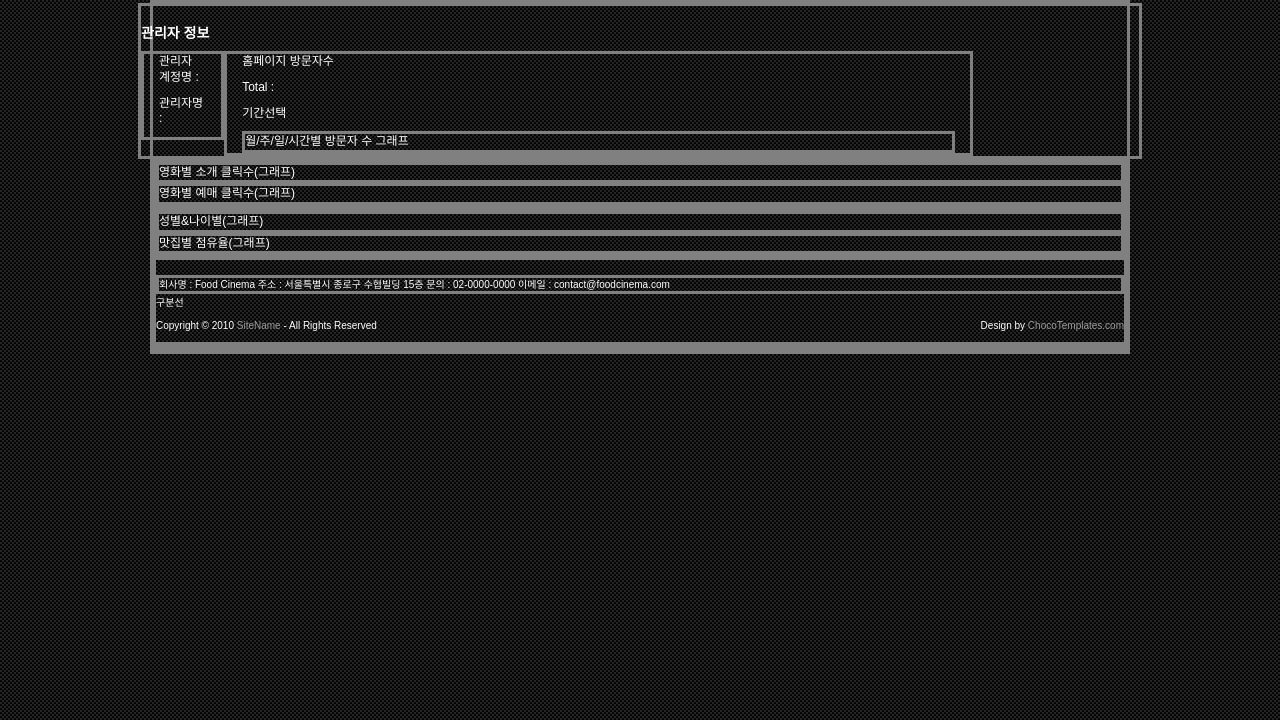
Repository: fhwang2/WEB
Page: http://localhost/FoodCinema/admin.jsp
The author's editor kept a copy of each file at every save. The page is drawn from the files as they stood at one save, then again after the next save.
The browser window is 1280 px wide. The pictures show the whole page.
The page is served by Tomcat 9.

Above is the page before, as saved 2019-07-11 09:35:26.

After the next save:
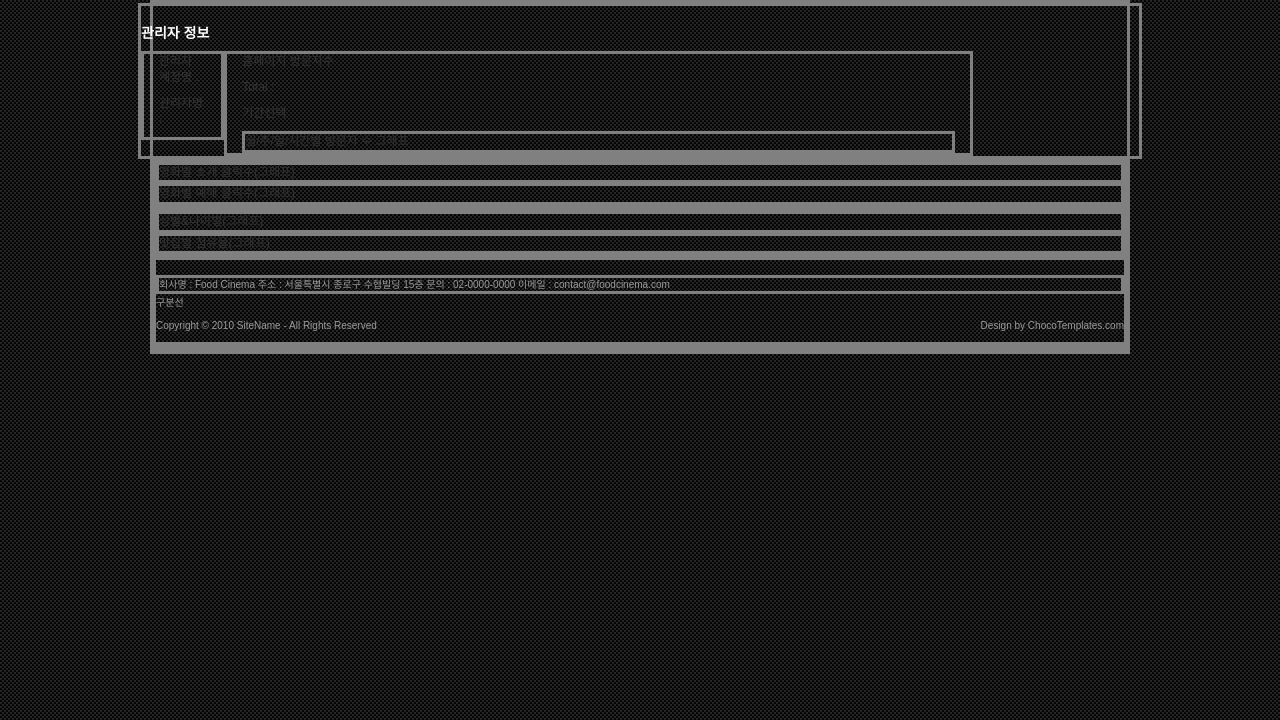
Saved 14 s later.
--- a/FoodCinema/WebContent/css/style.css
+++ b/FoodCinema/WebContent/css/style.css
@@ -2,7 +2,6 @@
 	margin:0;
 	padding:0;
 	outline:0;
-	color: white;
 }
 body {
 	font-size:12px;
